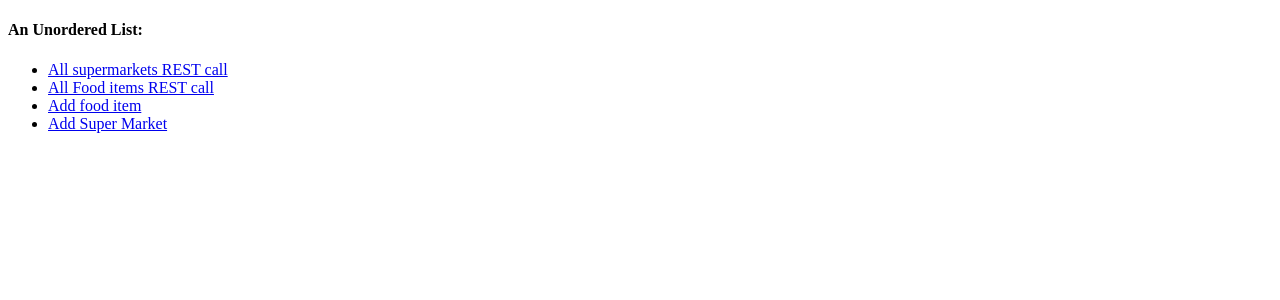
Repository: revatt/SuperMarket
Page: SuperMarketOld/web/pages/index.html
These files come from the project's save history. The page is drawn as it stood at one moment and after the next save; the edit follows.
The browser window is 1280 px wide. The pictures show the whole page.

Above is the page before, as saved 2013-10-06 23:40:04.

After the next save:
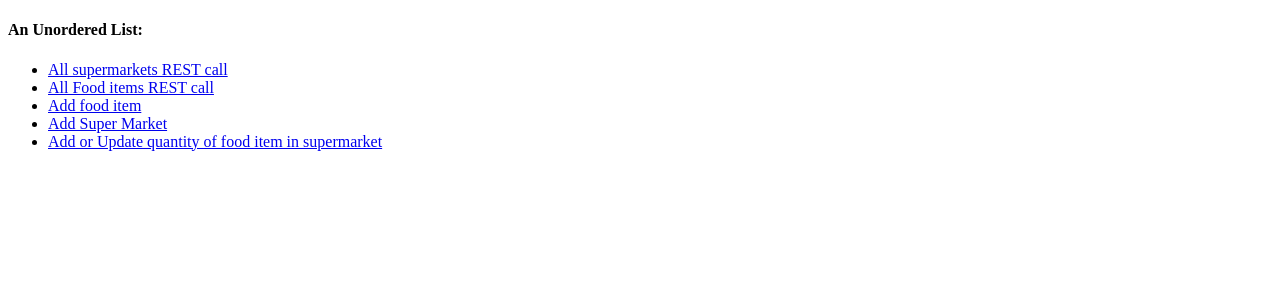
Saved 2 min 25 s later.
--- a/SuperMarketOld/web/pages/index.html
+++ b/SuperMarketOld/web/pages/index.html
@@ -8,6 +8,7 @@
   <li><a href="rest/foodmarket/fooditems">All Food items REST call</a></li>
   <li><a href="addFoodItem.html">Add food item</a></li>
   <li><a href="addSuperMarket.html">Add Super Market</a></li>
+  <li><a href="addUpdateQuantity.html">Add or Update quantity of food item in supermarket</a></li>
 </ul>
 
 
